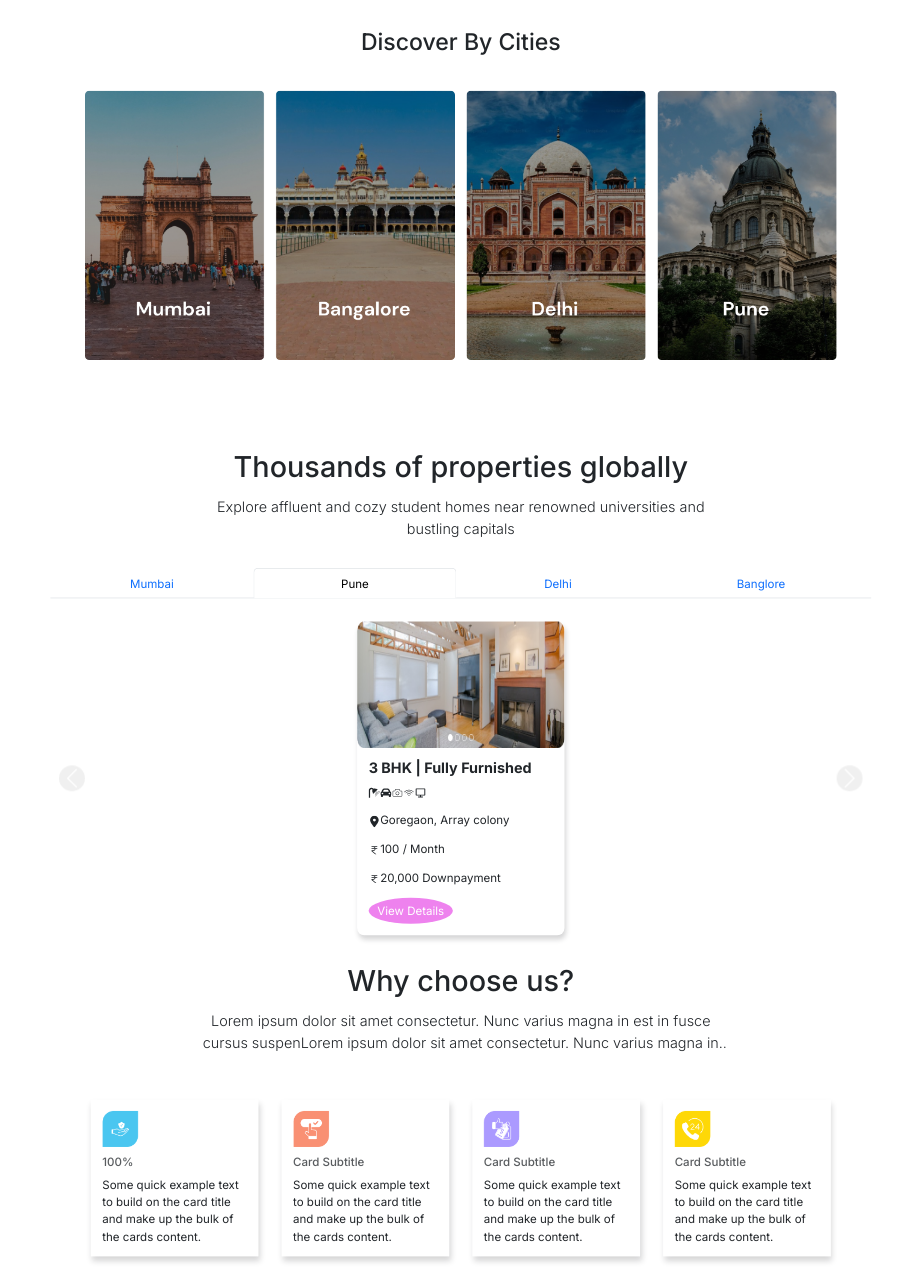
Repository: suyashagrahari/assignment
Page: /
These files come from the project's save history. The page is drawn as it stood at one moment and after the next save; the edit follows.
The browser window is 1280 px wide. The pictures show the whole page, at 72% of full size.
The project was rebuilt for these pictures with package versions that can differ from the ones it lists, and the page was loaded fresh each time. The framework's server and built-in components were replaced by stand-ins that run in the browser. Also part of the build but not shown: next.config.mjs, src/app/page.module.css, src/components/Headline.jsx.

Above is the page before, as saved 2024-03-27 16:43:56.

After the next save:
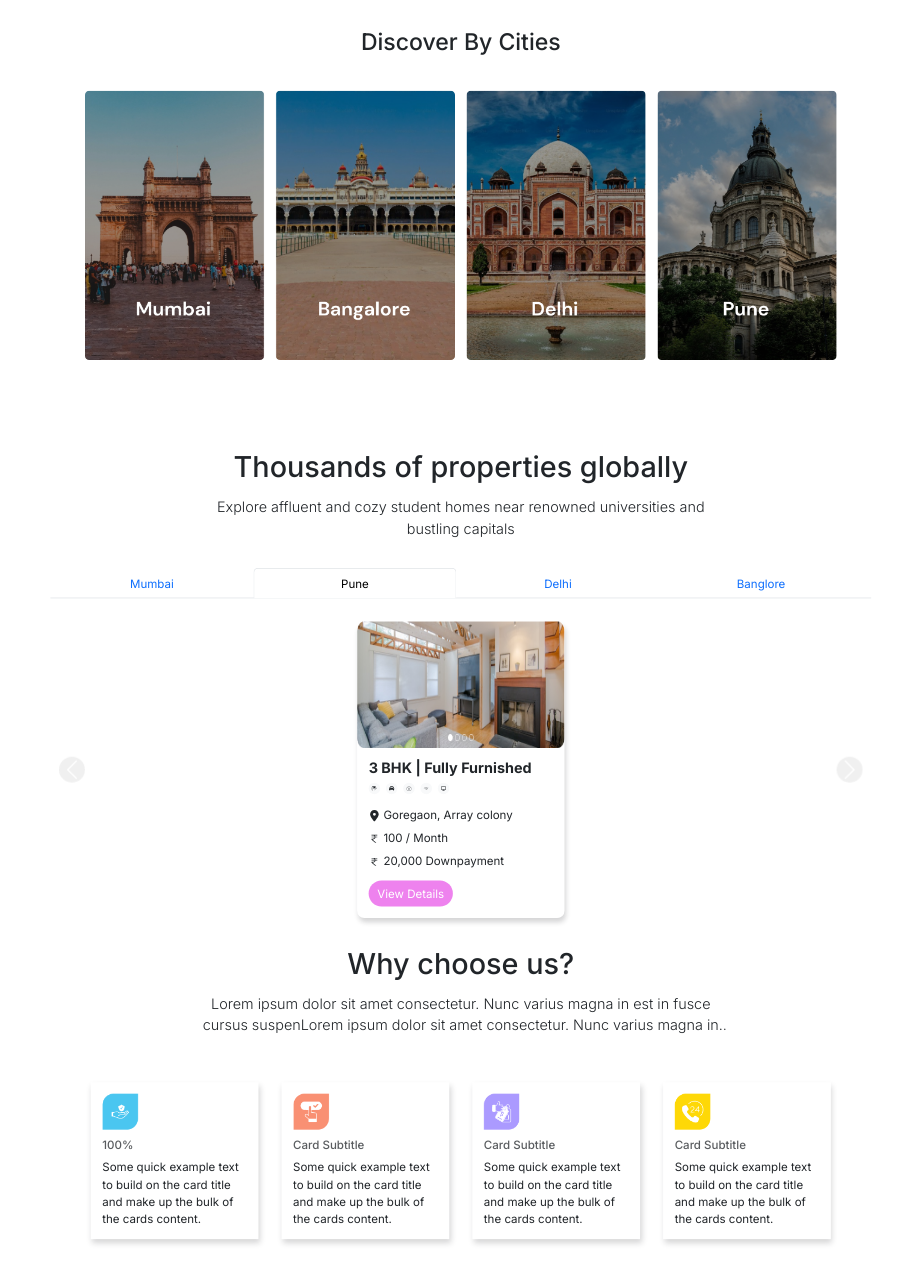
Saved 2 min 16 s later.
--- a/src/components/Carousal.jsx
+++ b/src/components/Carousal.jsx
@@ -68,35 +68,30 @@ const MyCarousel = () => {
                   style={{ width: "18rem", borderRadius: "10px" }}
                 >
                   <Image src={item.img} alt="" className="card-img-top" />
-                  <Card.Body className="text-left g-3">
+                  <Card.Body className="text-left">
                     <Card.Title className="fw-bold">
                       {item.size} | {item.name}
                     </Card.Title>
-                    <Card.Text className="g-2">
-                      {" "}
-                      <FaShower />
-                      <FaCarAlt />
-                      <CiCamera />
-                      <CiWifiOn />
-                      <RiComputerLine />
+                    <Card.Text className="d-flex align-items-center gap-2 mb-3">
+                      <FaShower className="rounded-circle p-1 bg-light" />
+                      <FaCarAlt className="rounded-circle p-1 bg-light" />
+                      <CiCamera className="rounded-circle p-1 bg-light" />
+                      <CiWifiOn className="rounded-circle p-1 bg-light" />
+                      <RiComputerLine className="rounded-circle p-1 bg-light" />
                     </Card.Text>
-
-                    <Card.Text className="mt-3">
-                      <FaLocationDot />
-                      {item.location}
+                    <Card.Text className="mb-2">
+                      <FaLocationDot /> {item.location}
+                    </Card.Text>
+                    <Card.Text className="mb-2">
+                      <LiaRupeeSignSolid /> {item.price} / Month
                     </Card.Text>
                     <Card.Text className="mb-3">
-                      <LiaRupeeSignSolid />
-                      {item.price} / Month
-                    </Card.Text>
-                    <Card.Text className="mb-3">
-                      <LiaRupeeSignSolid />
-                      20,000 Downpayment
+                      <LiaRupeeSignSolid /> 20,000 Downpayment
                     </Card.Text>
                     <Button
                       variant="primary"
                       style={{
-                        borderRadius: "50%",
+                        borderRadius: "50px",
                         backgroundColor: "violet",
                         border: "none",
                       }}
